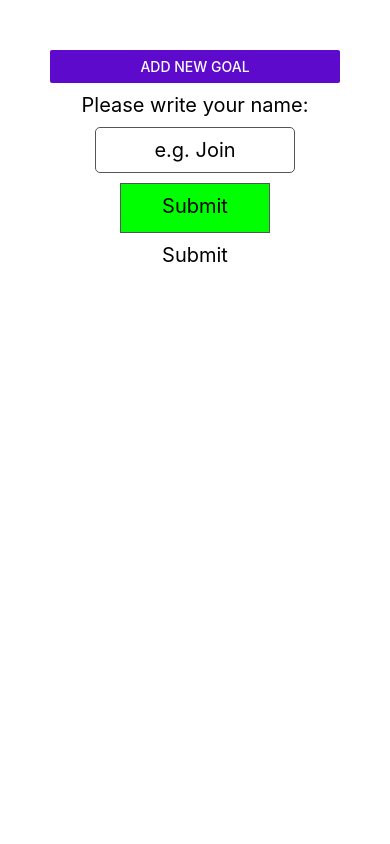
Repository: ntu34543/React-Native-Example1
Screen: /
The author's editor kept a copy of each file at every save. The screen is drawn from the files as they stood at one save, then again after the next save.
The app was drawn by React Native's web renderer in a window 390 px wide. The project was rebuilt for these pictures with package versions that can differ from the ones it lists, and the page was loaded fresh each time. Also part of the build but not shown: components/Goalltem.js.

Above is the screen before, as saved 2022-09-12 16:15:04.

### App.js
import { useState } from "react";
import {
  StyleSheet,
  View,
  FlatList,
  Button,
  Text,
  Linking,
  TextInput,
  TouchableOpacity,
  Pressable
} from "react-native";
import { StatusBar } from "expo-status-bar";

import GoalItem from "./components/Goalltem";
import GoalInput from "./components/Goallnput";

export default function App() {
  const [modalIsVisible, setModalIsVisible] = useState(false);
  const [courseGoals, setCourseGoals] = useState([]);
  const [name, setName] = useState("");
  const [submitted, setSubmitted] = useState(false);
  // console.log(courseGoals);
  const onPressHandler = () => {
    setSubmitted(!submitted);
  };

  function startAddGoalHandler() {
    setModalIsVisible(true);
  }

  function endAddGoalHandler() {
    setModalIsVisible(false);
  }

  function addTextInput(enteredGoalText) {
    setCourseGoals((currentCourseGoals) => [
      ...currentCourseGoals,
      { text: enteredGoalText, id: Math.random().toString() },
    ]);
    endAddGoalHandler();
  }

  function deleteGoalHandler(id) {
    setCourseGoals((currentCourseGoals) => {
      return currentCourseGoals.filter((goal) => goal.id !== id);
    });
  }

  return (
    <>
      <StatusBar style="auto" />
      <View style={styles.container}>
        <Button
          title="Add new Goal"
          color="#5e0acc"
          onPress={startAddGoalHandler}
        />
        <View style={styles.body}>
          <Text style={styles.text}>Please write your name:</Text>
          <TextInput
            style={styles.input}
            placeholder="e.g. Join"
            onChangeText={(value) => setName(value)}
            // maxLength={2}
            // editable={false}
            // secureTextEntry
          />
          {/* <Button
            title={submitted? "Clear" : "Submit"}
            // disabled={submitted}
            color="#5e0acc"
            onPress={onPressHandler}
            onPress={() => {
              Linking.openURL(
                "https://ca.slack-edge.com/T324R7VB6-U03RS7EKJHG-323b9d1b6216-512"
              );
            }}
          /> */}
          <TouchableOpacity
            style={styles.button}
            onPress={onPressHandler}
            activeOpacity={0.5}
          >
            <Text style={styles.text}>{submitted ? "Clear" : "Submit"}</Text>
          </TouchableOpacity>
          {submitted ? <Text>You are registered as {name}</Text> : null}
          {/* <Text style={styles.text}>You are registered as {name}</Text> */}
          <Pressable>
          <Text style={styles.text}>{submitted ? "Clear" : "Submit"}</Text>
          </Pressable>
        </View>
        <GoalInput
          visible={modalIsVisible}
          onAddGoal={addTextInput}
          onCancer={endAddGoalHandler}
        />
        <View style={styles.goalsContainer}>
          <FlatList
            data={courseGoals}
            style={styles.goalsContainer}
            renderItem={(itemData) => {
              return (
                <GoalItem
                  text={itemData.item.text}
                  id={itemData.item.id}
                  onDeleteItem={deleteGoalHandler}
                />
              );
            }}
            keyExtractor={(item, index) => {
              return index.id;
            }}
            alwaysBounceVertical={false}
          />
        </View>
      </View>
    </>
  );
}

const styles = StyleSheet.create({
  container: {
    padding: 50,
  },
  body: {
    alignItems: "center",
  },
  goalsContainer: {
    // flex: 4,
  },
  text: {
    textAlign: "center",
    margin: 10,
    fontSize: 20,
  },
  input: {
    borderWidth: 1,
    borderColor: "#555",
    borderRadius: 5,
    width: 200,
    padding: 10,
    marginBottom: 10,
    textAlign: "center",
    fontSize: 20,
  },
  button: {
    borderWidth: 1,
    borderColor: "#555",
    backgroundColor: "#00ff00",
    width: 150,
    height: 50,
  },
});

### components/Goallnput.js
import { useState } from "react";
import { StyleSheet, View, TextInput, Button, Modal, Image } from "react-native";
function GoalInput(props) {
  const [enteredGoalText, setEnteredGoalText] = useState("");

  function textInput(enteredText) {
    setEnteredGoalText(enteredText);
    // console.log(enteredText);
  }

  function addGoalHandler() {
    props.onAddGoal(enteredGoalText);
    setEnteredGoalText("");
  }

  return (
    <Modal visible={props.visible} animationType="slide">
      <View style={styles.inputContainer}>
          <Image style={styles.image} source={require('../assets/favicon.png')} />
        <TextInput
          style={styles.textInput}
          placeholder="Email............"
          onChangeText={textInput}
          value={enteredGoalText}
        />
        <View style={styles.buttonContainer}>
          <View style={styles.button}>
            <Button title="Click!" onPress={addGoalHandler} />
          </View>
          <View style={styles.button}>
            <Button title="Cancer!" onPress={props.onCancer}/>
          </View>
        </View>
      </View>
    </Modal>
  );
}

export default GoalInput;

const styles = StyleSheet.create({
  inputContainer: {
    flex: 1,
    justifyContent: "center",
    alignItems: "center",
    paddingBottom: 24,
    padding: 16,
    borderBottomWidth: 1,
    borderBottomColor: "gray",
    backgroundColor: 'pink'
  },
  image: {
      width: 100,
      height: 100,
      margin: 20,
  },
  textInput: {
    borderWidth: 1,
    borderColor: "#cccccc",
    width: "100%",
    padding: 8,
  },
  buttonContainer: {
      marginTop: 16,
    flexDirection: "row",
  },
  button: {
      width: '30%',
      marginHorizontal: 8,
  }
});

After the next save:
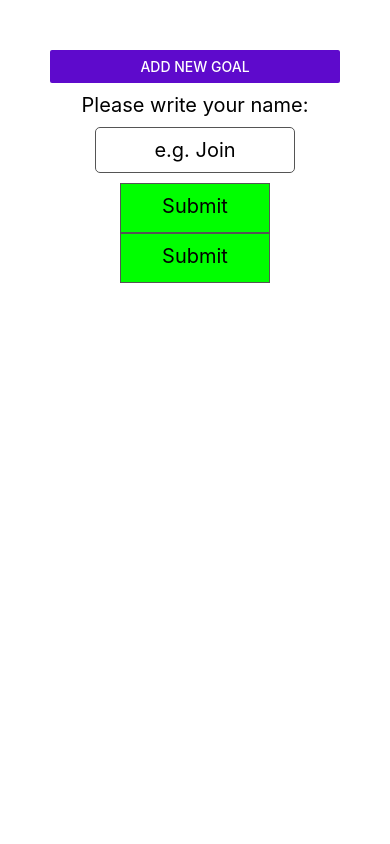
Saved 11 s later.
--- a/App.js
+++ b/App.js
@@ -86,7 +86,8 @@ export default function App() {
           </TouchableOpacity>
           {submitted ? <Text>You are registered as {name}</Text> : null}
           {/* <Text style={styles.text}>You are registered as {name}</Text> */}
-          <Pressable>
+          <Pressable style={styles.button}
+            onPress={onPressHandler}>
           <Text style={styles.text}>{submitted ? "Clear" : "Submit"}</Text>
           </Pressable>
         </View>
